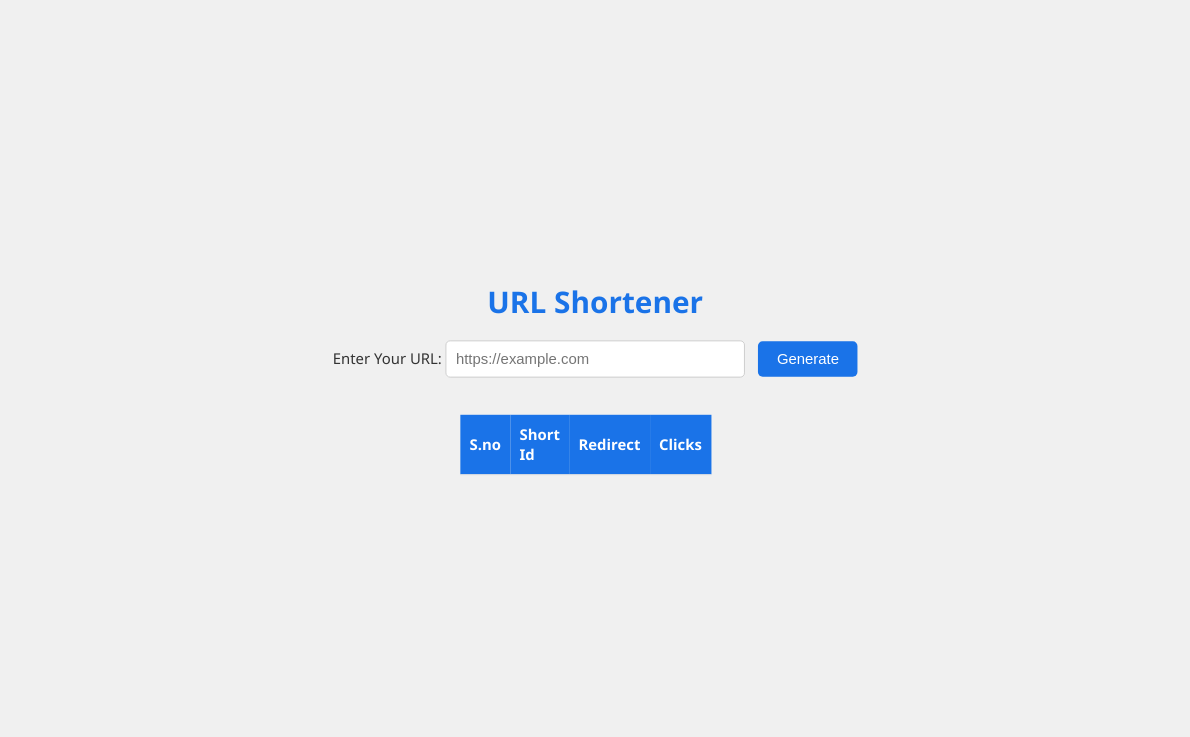
Repository: Mohitkumar1322/URL-Shortner
Page: http://localhost/test
The author's editor kept a copy of each file at every save. The page is drawn from the files as they stood at one save, then again after a run of saves.
The browser window is 1280 px wide. The pictures show the whole page, at 93% of full size.
The page is served by the project's Node server (index.js). Other server files are loaded and not shown. Queries for data that is not in the repository find no rows.

Above is the page before, as saved 2024-07-14 22:33:22.

### views/home.ejs
<!DOCTYPE html>
<html lang="en">
<head>
    <meta charset="UTF-8">
    <meta name="viewport" content="width=device-width, initial-scale=1.0">
    <title>URL Shortener</title>
    <style>
        body {
            font-family: 'Segoe UI', Tahoma, Geneva, Verdana, sans-serif;
            background-color: #f0f0f0; /* Light grey background */
            color: #333; /* Dark grey text */
            margin: 0;
            padding: 0;
            display: flex;
            flex-direction: column;
            align-items: center;
            justify-content: center;
            height: 110vh;
        }

        h1 {
            margin-bottom: 20px;
            color: #1a73e8; /* Google Blue */
        }

        form {
            margin-bottom: 20px;
        }

        input[type="text"] {
            padding: 10px;
            font-size: 16px;
            border: 1px solid #ccc;
            border-radius: 5px;
            width: 300px;
            margin-right: 10px;
        }

        button {
            padding: 10px 20px;
            font-size: 16px;
            background-color: #1a73e8; /* Google Blue */
            color: white;
            border: none;
            border-radius: 5px;
            cursor: pointer;
        }

        table {
            width: 80%;
            border-collapse: collapse;
            margin-top: 20px;
        }

        th, td {
            padding: 10px;
            text-align: left;
            border-bottom: 1px solid #ddd;
        }

        th {
            background-color: #1a73e8; /* Google Blue */
            color: white;
        }

        tr:nth-child(even) {
            background-color: #f2f2f2; /* Light grey background for even rows */
        }
    </style>
</head>
<body>
    <h1>URL Shortener</h1>

    <% if (locals.id) { %>
        <p>URL Generated: <a href="http://localhost:8001/url/<%= id %>">http://localhost:8001/url/<%= id %></a></p>
    <% } %>

    <div>
        <form method="POST" action="/url">
            <label for="urlInput">Enter Your URL:</label>
            <input type="text" id="urlInput" name="url" placeholder="https://example.com">
            <button type="submit">Generate</button>
        </form>
    </div>

    <div>
        <% if (locals.urls) { %>
            <table>
                <thead>
                    <tr>
                        <th>S.no</th>
                        <th>Short Id</th>
                        <th>Redirect</th>
                        <th>Clicks</th>
                    </tr>
                </thead>
                <tbody>
                    <% urls.forEach((url, index) => { %>
                        <tr>
                            <td><%= index + 1 %></td>
                            <td><%= url.shortId %></td>
                            <td><%= url.redirectURL %></td>
                            <td><%= url.visitHistory.length %></td>
                        </tr>
                    <% }); %>
                </tbody>
            </table>
        <% } %>
    </div>
</body>
</html>

### index.js
const express = require('express');
const path = require('path');

const { connectToMongoDB } = require('./connect');
const urlRoute = require('./routes/url');
const { connect } = require('mongoose');
const URL = require('./models/url');
const staticRouter = require('./routes/staticRouter');
const app = express();
const PORT = 8001;

connectToMongoDB('mongodb+srv://mohitkum1352:15364164@urlshortner.xh4pdly.mongodb.net/')
.then(() => console.log('Connected to MongoDB'))
.catch((err) => console.error(err));

app.set("view engine", "ejs");
app.set('views', path.resolve("views"));


app.use(express.json());
app.use(express.urlencoded({extended: false}));

app.use("/",staticRouter);



app.get("/test",async(req,res)=>{
    const allUrls = await URL.find({});
    return res.render('home',{
        urls: allUrls,
    });



});
app.use("/url", urlRoute);



app.get('/url/:shortId', async (req, res) => {
    const shortId = req.params.shortId;
    const entry = await URL.findOneAndUpdate({
        shortId,
    },{$push: {
        visitHistory: {timestamp: Date.now()}
    }});
    res.redirect(entry.redirectURL);

    });


app.listen(PORT, () => console.log(`Server is running on port ${PORT}`));

### connect.js
const mongoose = require('mongoose');
mongoose.set('strictQuery', true);

async function connectToMongoDB(url) {
    return mongoose.connect(url);
}

module.exports = {
    connectToMongoDB,
};

After the next 2 saves:
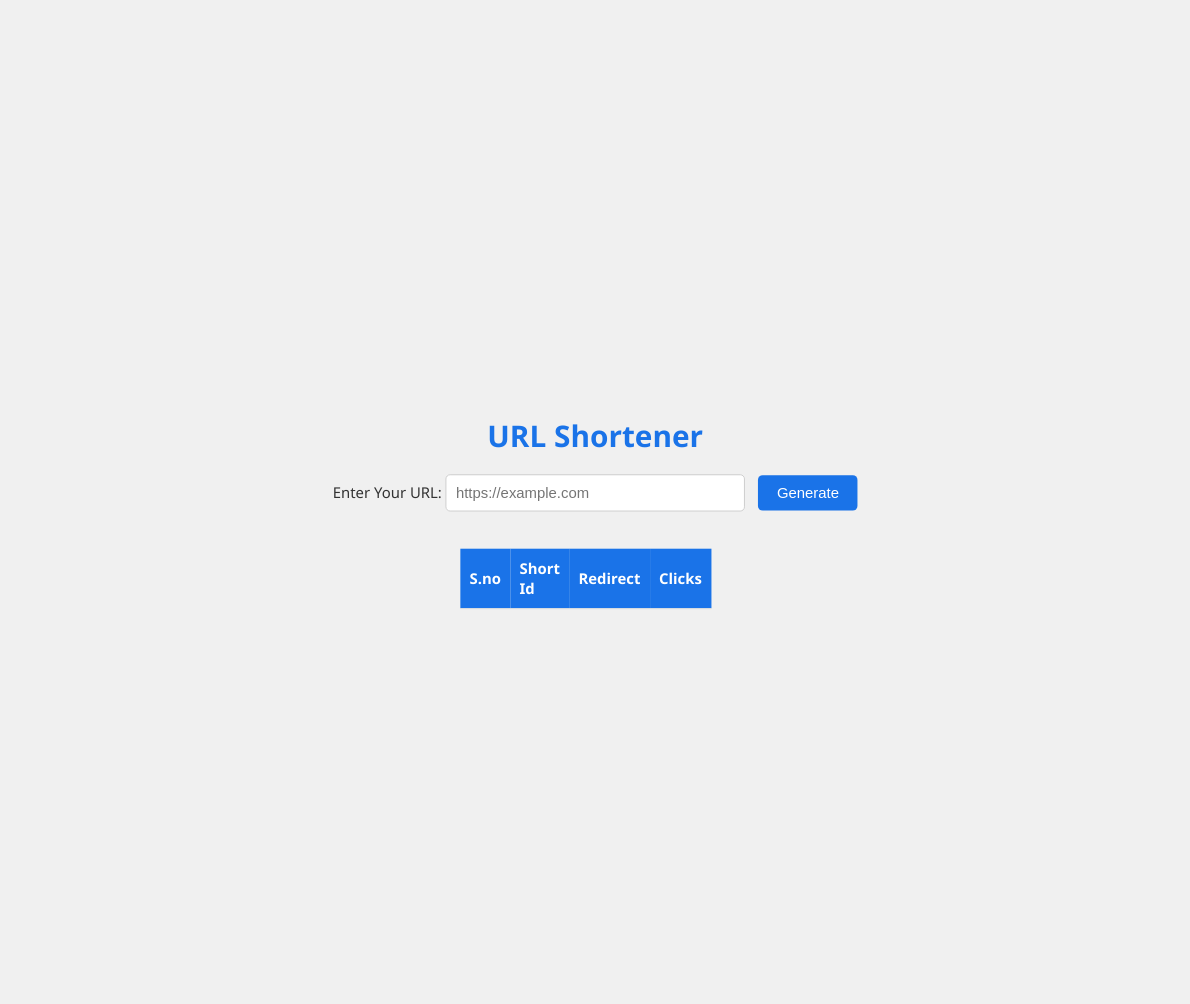
The 2 saves are shown as one change because they came seconds apart.
The last was saved 10 s later.
--- a/views/home.ejs
+++ b/views/home.ejs
@@ -15,7 +15,7 @@
             flex-direction: column;
             align-items: center;
             justify-content: center;
-            height: 110vh;
+            height: 150vh;
         }
 
         h1 {
